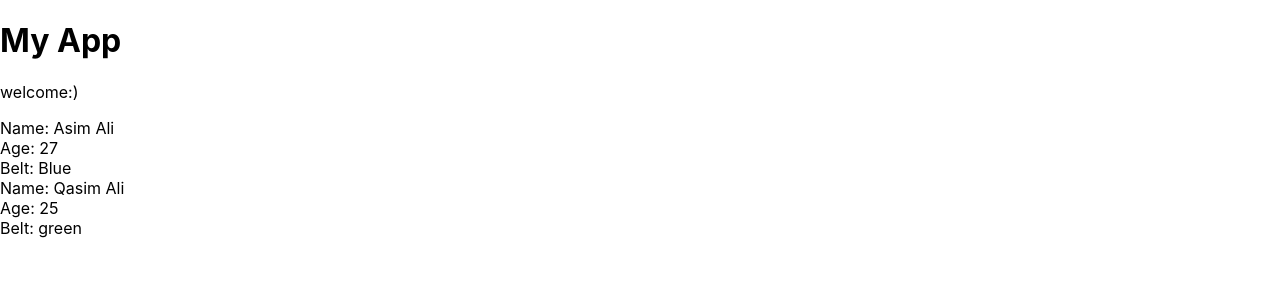
Repository: ejazsidhu/reactJSPrecticeNinja
Page: /
An editor plug-in stored every save of this project. The page is shown before and after a run of saves, followed by the edit.
The browser window is 1280 px wide. The pictures show the whole page.
The project was rebuilt for these pictures with package versions that can differ from the ones it lists, and the page was loaded fresh each time.

Above is the page before, as saved 2020-04-10 18:28:34.

After the next 4 saves:
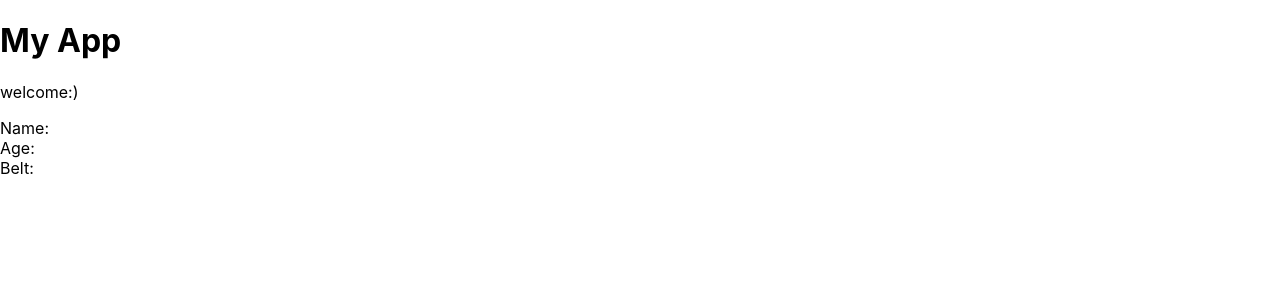
The 4 saves are shown as one change because 3 did not build or start.
The last was saved 4 min 54 s later.
--- a/src/App.js
+++ b/src/App.js
@@ -2,18 +2,25 @@ import React from 'react';
 import Ninjas from './ninjas'
 
 class App extends React.Component {
-  render(){
-    return (
-      <div className="App">
-    <h1>My App</h1>
-    <p>welcome:)</p>
-    <Ninjas name="Asim Ali" age="27" belt="Blue"/>
-    <Ninjas name="Qasim Ali" age="25" belt="green"/>
+  state={
+    ninjas:[
+      {name:"Ejaz",age:"29",belt:"Black"},
+      {name:"Asim",age:"27",belt:"Blue"},
+      {name:"Qasim",age:"25",belt:"Green"},
+      {name:"Asima",age:"23",belt:"White"}
 
-      </div>
-    );
+
+    ]
   }
-
+render(){
+  return (
+    <div className="App">
+  <h1>My App</h1>
+  <p>welcome:)</p>
+  <Ninjas ninjas={this.state.ninjas}/>
+    </div>
+  );
+}
 }
 
 export default App;
--- a/src/ninjas.js
+++ b/src/ninjas.js
@@ -3,7 +3,7 @@ import React ,{Component} from 'react';
 export default class Ninjas extends Component{
     render(){
         // console.time('timer')
-        // console.log(this.props);
+        console.log(this.props);
         // console.timeEnd('timer')
         const {name,age,belt}=this.props;
         return (
